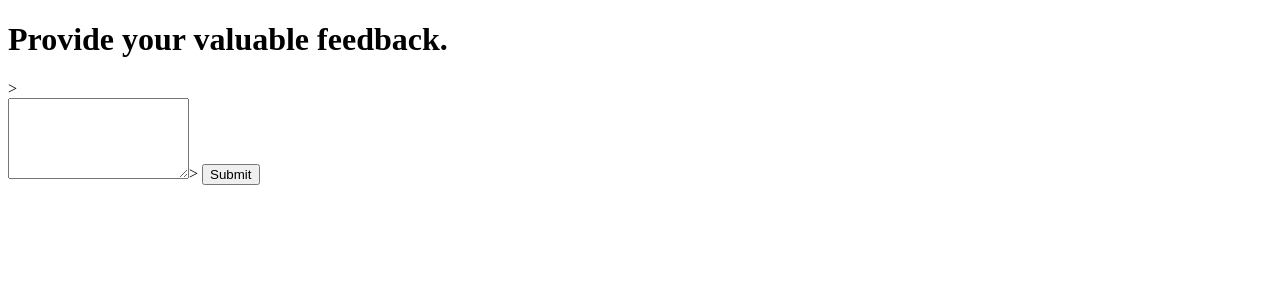
Repository: alph-a07/Java-EE
Page: http://localhost/FeedBackPage/SubmitFeedback.jsp
These files come from the project's save history. The page is drawn as it stood at one moment and after a run of saves; the edit follows.
The browser window is 1280 px wide. The pictures show the whole page.
The page is served by Tomcat 9. Other server files are loaded and not shown.

Above is the page before, as saved 2023-01-20 11:14:13.

### FeedBackPage/src/main/webapp/SubmitFeedback.jsp
<%@ page language="java" contentType="text/html; charset=ISO-8859-1"
	pageEncoding="ISO-8859-1"%>

<!DOCTYPE html>

<html>

	<head>
	<meta charset="ISO-8859-1">
	<title>Feedback page</title>
	</head>

	<body>
		<h1>Provide your valuable feedback.</h1>>

		<form>
		<textarea rows = 5 name="feedbackParam"></textarea>>
		<input type="submit" name="">
	</body>
</html>

After the next 2 saves:
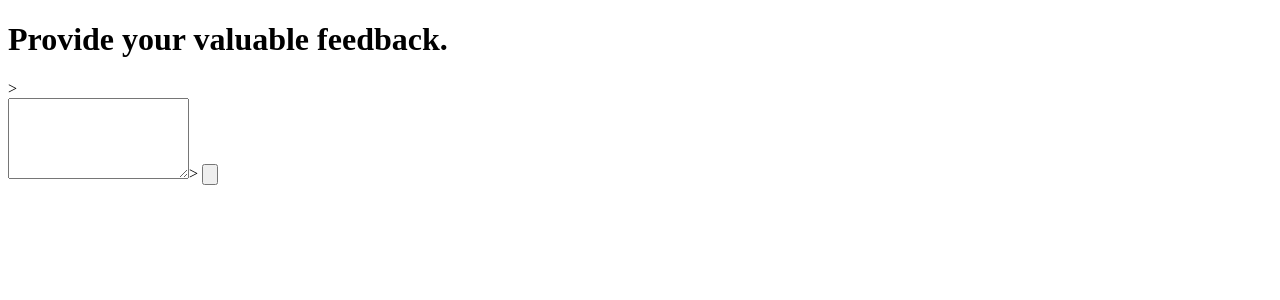
The 2 saves are shown as one change because they came seconds apart.
The last was saved 7 s later.
--- a/FeedBackPage/src/main/webapp/SubmitFeedback.jsp
+++ b/FeedBackPage/src/main/webapp/SubmitFeedback.jsp
@@ -15,6 +15,6 @@
 
 		<form>
 		<textarea rows = 5 name="feedbackParam"></textarea>>
-		<input type="submit" name="">
+		<input type="submit" name="submit" value>
 	</body>
 </html>
